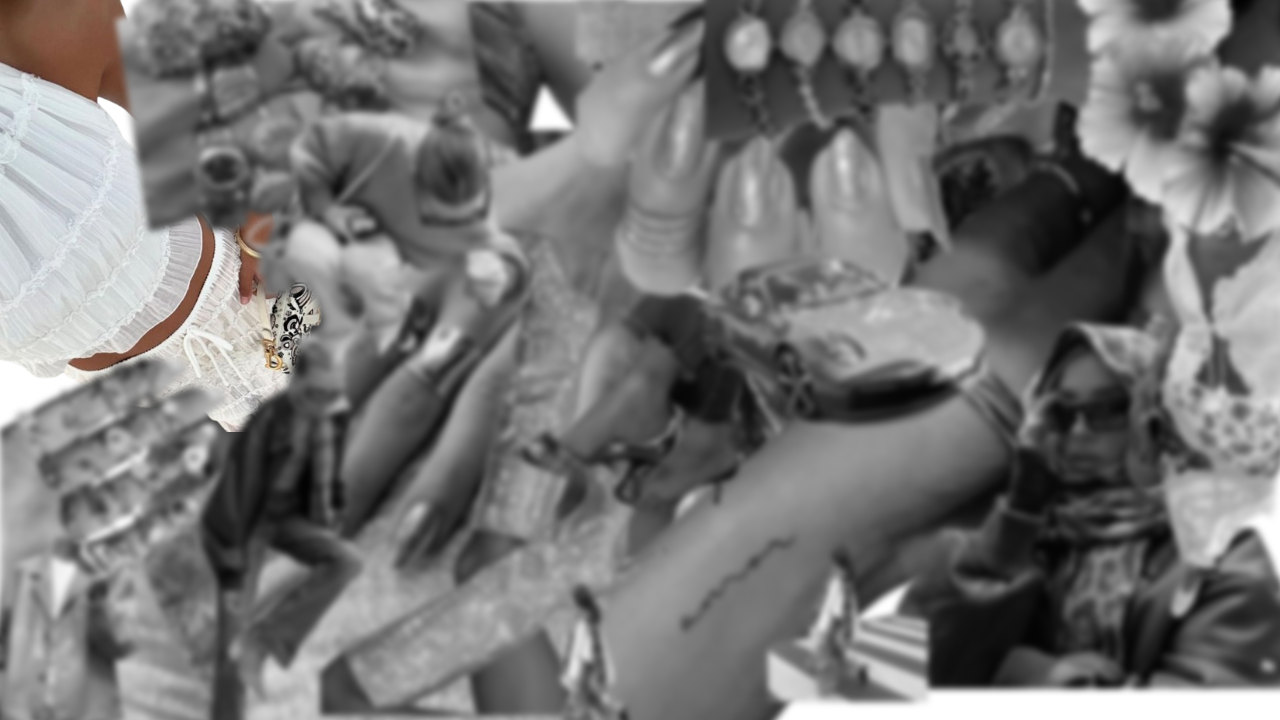
Repository: karla-sikavica/theCloset
Page: / (app in frontend/)
These files come from the project's save history. The page is drawn as it stood at one moment and after the next save; the edit follows.
The browser window is 1280 px wide. The pictures show the whole page.
The project was rebuilt for these pictures with package versions that can differ from the ones it lists, and the page was loaded fresh each time. Also part of the build but not shown: frontend/vite.config.ts.

Above is the page before, as saved 2025-03-27 20:26:47.

### frontend/src/index.css
@font-face {
  font-family: 'Kalla';
  src: url('/fonts/Kalla-Regular.ttf') format('truetype');
  font-weight: 400;
  font-style: normal;
}

:root {
  font-family: 'Kalla', system-ui, Avenir, Helvetica, Arial, sans-serif;
  line-height: 50px;
  font-weight: 400;
  display: block;


  font-synthesis: none;
  text-rendering: optimizeLegibility;
  -webkit-font-smoothing: antialiased;
  -moz-osx-font-smoothing: grayscale;
}

### frontend/src/App.tsx
import { BrowserRouter as Router, Routes, Route } from "react-router-dom";
import "./App.css";
import Login from "./pages/Login";
import Collage from "./components/ui/Collage";

function App() {
  return (
    <Router>
      <Collage />

      {/* <div className="main-content">
        <Routes>
          <Route path="/" element={<Login></Login>} />
          <Route path="/login" element={<Login />} />
        </Routes>
      </div> */}
    </Router>
  );
}

export default App;

### frontend/src/App.css
#root {
  max-width: 1280px;
  margin: 0 auto;
  padding: 2rem;
  text-align: center;
}

body {
  color: bisque;
  text-shadow: 2px 2px 4px rgba(0, 0, 0, 0.5);
}

body, html, #root {
  margin: 0;
  padding: 0;
  height: 100%;
  width: 100%;
  overflow: hidden;
}

/* Optional: to make sure your app content appears above the collage */
.main-content {
  position: relative;
  z-index: 10;
  pointer-events: auto;
  height: 100%;
}

/*
body::before {
  content: "";
  position: fixed;
  top: 0;
  left: 0;
  width: 100vh;
  height: 100vw;
  background-image: url("/images/download.jpeg");
  background-repeat: no-repeat;
  background-size: cover;
  background-position: center;
  transform: rotate(270deg) translate(-100vh, 0);
  transform-origin: top left;
  z-index: -1;
}

body::after {
  content: "";
  position: fixed;
  top: 0;
  left: 0;
  width: 100vw;
  height: 100vh;
  /* background: rgba(50, 30, 10, 0.6); */
/*   z-index: -1;
 *//* */

### frontend/src/components/ui/Collage.tsx
import React, { useEffect, useRef } from "react";
import "../css/Collage.css";

/* const imageCount = 32;
 */
type CollageImage = {
  src: string;
  top: string;
  left: string;
  width: string;
  rotate?: string;
  zIndex?: number;
};

const collageConfig: CollageImage[] = [
  {
    src: "/images/photo%20(1).png",
    top: "45%",
    left: "0%",
    width: "250px",
    rotate: "0deg",
    zIndex: 2,
  },
  {
    src: "/images/photo%20(2).png",
    top: "30%",
    left: "25%",
    width: "400px",
    rotate: "0deg",
    zIndex: 1,
  },
  {
    src: "/images/photo%20(3).png",
    top: "18%",
    left: "40%",
    width: "350px",
    rotate: "0deg",
    zIndex: 0,
  },
  {
    src: "/images/photo%20(4).png",
    top: "-5%",
    left: "55%",
    width: "400px",
    rotate: "0deg",
    zIndex: 2,
  },
  {
    src: "/images/photo%20(5).png",
    top: "30%",
    left: "40%",
    width: "260px",
    rotate: "0deg",
    zIndex: 1,
  },
  {
    src: "/images/photo%20(6).png",
    top: "10%",
    left: "18%",
    width: "300px",
    rotate: "0deg",
    zIndex: 4,
  },
  {
    src: "/images/photo%20(7).png",
    top: "30%",
    left: "70%",
    width: "400px",
    rotate: "0deg",
    zIndex: 1,
  },
  {
    src: "/images/photo%20(8).png",
    top: "0%",
    left: "0%",
    width: "350px",
    rotate: "0deg",
    zIndex: 1,
  },
  {
    src: "/images/photo%20(9).png",
    top: "35%",
    left: "55%",
    width: "280px",
    rotate: "-6deg",
    zIndex: 2,
  },
  {
    src: "/images/photo%20(10).png",
    top: "18%",
    left: "6%",
    width: "400px",
    rotate: "15deg",
    zIndex: 1,
  },
  {
    src: "/images/photo%20(11).png",
    top: "-20%",
    left: "70%",
    width: "400px",
    rotate: "0deg",
    zIndex: 0,
  },
  {
    src: "/images/photo%20(12).png",
    top: "-20%",
    left: "10%",
    width: "350px",
    rotate: "-9deg",
    zIndex: 1,
  },
  {
    src: "/images/photo%20(13).png",
    top: "0%",
    left: "6%",
    width: "550px",
    rotate: "0deg",
    zIndex: 0,
  },
  {
    src: "/images/photo%20(14).png",
    top: "70%",
    left: "60%",
    width: "160px",
    rotate: "0deg",
    zIndex: 2,
  },
  {
    src: "/images/photo%20(15).png",
    top: "75%",
    left: "40%",
    width: "170px",
    rotate: "-8deg",
    zIndex: 3,
  },
  {
    src: "/images/photo%20(16).png",
    top: "3%",
    left: "48%",
    width: "500px",
    rotate: "3deg",
    zIndex: 0,
  },
  {
    src: "/images/photo%20(17).png",
    top: "0%",
    left: "45%",
    width: "380px",
    rotate: "0deg",
    zIndex: 1,
  },
  {
    src: "/images/photo%20(18).png",
    top: "75%",
    left: "-3%",
    width: "200px",
    rotate: "10deg",
    zIndex: 3,
  },
  {
    src: "/images/photo%20(19).png",
    top: "22%",
    left: "85%",
    width: "290px",
    rotate: "0deg",
    zIndex: 2,
  },
  {
    src: "/images/photo%20(30).png",
    top: "-20%",
    left: "80%",
    width: "300px",
    rotate: "-27deg",
    zIndex: 3,
  } /*,
  {
    src: "/images/photo%20(21).png",
    top: "30%",
    left: "90%",
    width: "170px",
    rotate: "-6deg",
    zIndex: 2,
  },
  {
    src: "/images/photo%20(22).png",
    top: "65%",
    left: "5%",
    width: "160px",
    rotate: "5deg",
    zIndex: 3,
  },
  {
    src: "/images/photo%20(23).png",
    top: "60%",
    left: "20%",
    width: "180px",
    rotate: "-7deg",
    zIndex: 2,
  },
  {
    src: "/images/photo%20(24).png",
    top: "15%",
    left: "50%",
    width: "190px",
    rotate: "6deg",
    zIndex: 1,
  },
  {
    src: "/images/photo%20(25).png",
    top: "10%",
    left: "30%",
    width: "160px",
    rotate: "-4deg",
    zIndex: 3,
  },
  {
    src: "/images/photo%20(26).png",
    top: "40%",
    left: "50%",
    width: "170px",
    rotate: "11deg",
    zIndex: 2,
  },
  {
    src: "/images/photo%20(27).png",
    top: "50%",
    left: "75%",
    width: "180px",
    rotate: "-9deg",
    zIndex: 1,
  },
  {
    src: "/images/photo%20(28).png",
    top: "35%",
    left: "10%",
    width: "200px",
    rotate: "4deg",
    zIndex: 2,
  },
  {
    src: "/images/photo%20(29).png",
    top: "25%",
    left: "65%",
    width: "190px",
    rotate: "-5deg",
    zIndex: 3,
  },
  {
    src: "/images/photo%20(30).png",
    top: "70%",
    left: "85%",
    width: "160px",
    rotate: "6deg",
    zIndex: 1,
  },
  {
    src: "/images/photo%20(31).png",
    top: "80%",
    left: "35%",
    width: "170px",
    rotate: "-3deg",
    zIndex: 2,
  },
  {
    src: "/images/photo%20(32).png",
    top: "90%",
    left: "50%",
    width: "180px",
    rotate: "8deg",
    zIndex: 3,
  }, */,
];

const Collage: React.FC = () => {
  return (
    <div className="collage-background">
      {collageConfig.map((img, index) => (
        <img
          key={index}
          src={img.src}
          alt={`collage-img-${index}`}
          className="collage-img"
          style={{
            top: img.top,
            left: img.left,
            width: img.width,
            transform: `rotate(${img.rotate || "0deg"})`,
            zIndex: img.zIndex || 0,
          }}
        />
      ))}
    </div>
  );
};

export default Collage;

/*
const Collage: React.FC = () => {
  const containerRef = useRef<HTMLDivElement>(null);

  useEffect(() => {
    const container = containerRef.current;
    if (!container) return;

    const imgs = container.querySelectorAll("img");
    imgs.forEach((img) => {
      const x = Math.random() * 100;
      const y = Math.random() * 100;
      const rotate = Math.random() * 20 - 10; // rotate between -10 and +10 degrees
      const z = Math.floor(Math.random() * 10); // random z-index

      img.style.top = `${y}vh`;
      img.style.left = `${x}vw`;
      img.style.transform = `rotate(${rotate}deg)`;
      img.style.zIndex = z.toString();
    });
  }, []);

  return (
    <div className="collage-background" ref={containerRef}>
      {[...Array(imageCount)].map((_, index) => (
        <img
          key={index}
          src={`/images/photo%20(${index + 1}).png`}
          alt={`collage-img-${index}`}
          className="collage-img"
        />
      ))}
    </div>
  );
};

export default Collage; */

### frontend/src/components/css/Collage.css

  .collage-background {
    position: fixed;
    top: 0;
    left: 0;
    width: 100vw;
    height: 100vh;
    overflow: hidden;
    z-index: 0;
    pointer-events: auto;
  }

  .collage-img {
    position: absolute;
    object-fit: contain;
    filter: grayscale(100%) blur(3px) grayscale(100%);
    pointer-events: auto;
    border: none;
  }

  .collage-img:hover {
    filter: grayscale(0%);

/*     border: 3px solid bisque;
 */  }

Loaded but not shown: frontend/index.html (common file); frontend/src/main.tsx (common file)

After the next save:
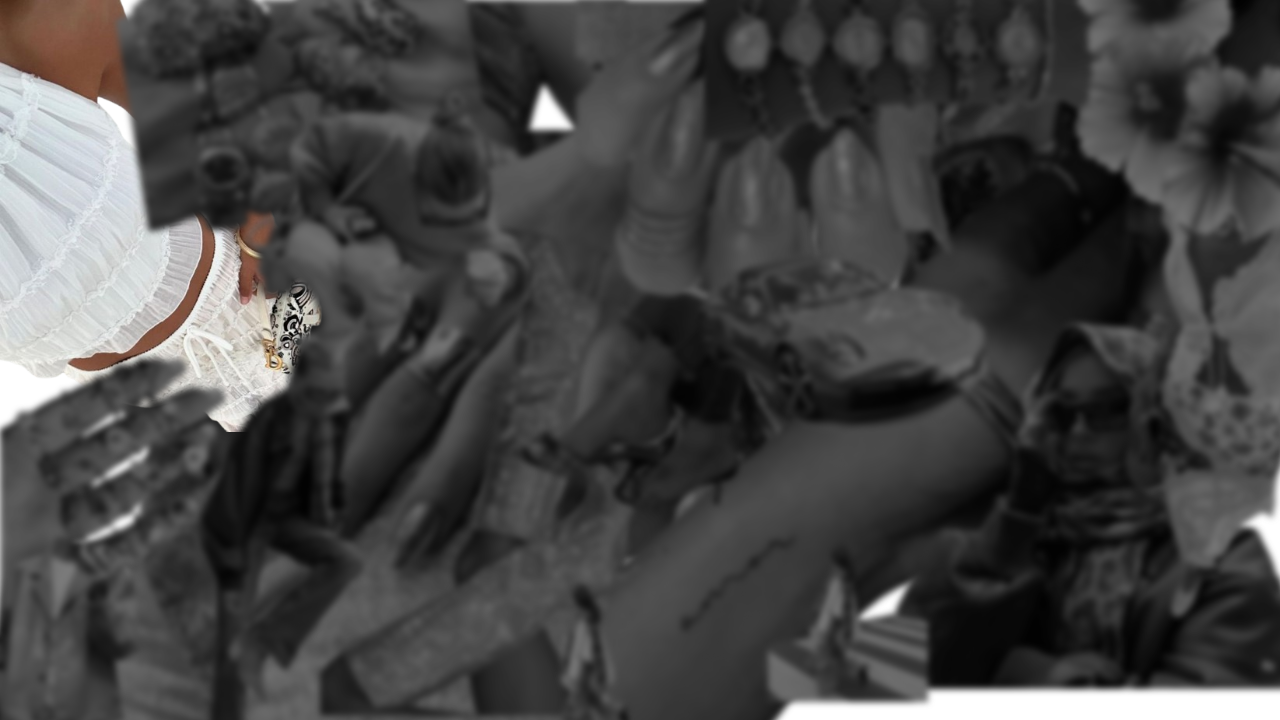
Saved 20 s later.
--- a/frontend/src/components/css/Collage.css
+++ b/frontend/src/components/css/Collage.css
@@ -13,7 +13,7 @@
   .collage-img {
     position: absolute;
     object-fit: contain;
-    filter: grayscale(100%) blur(3px) grayscale(100%);
+    filter: grayscale(100%) blur(3px) brightness(0.5);
     pointer-events: auto;
     border: none;
   }
